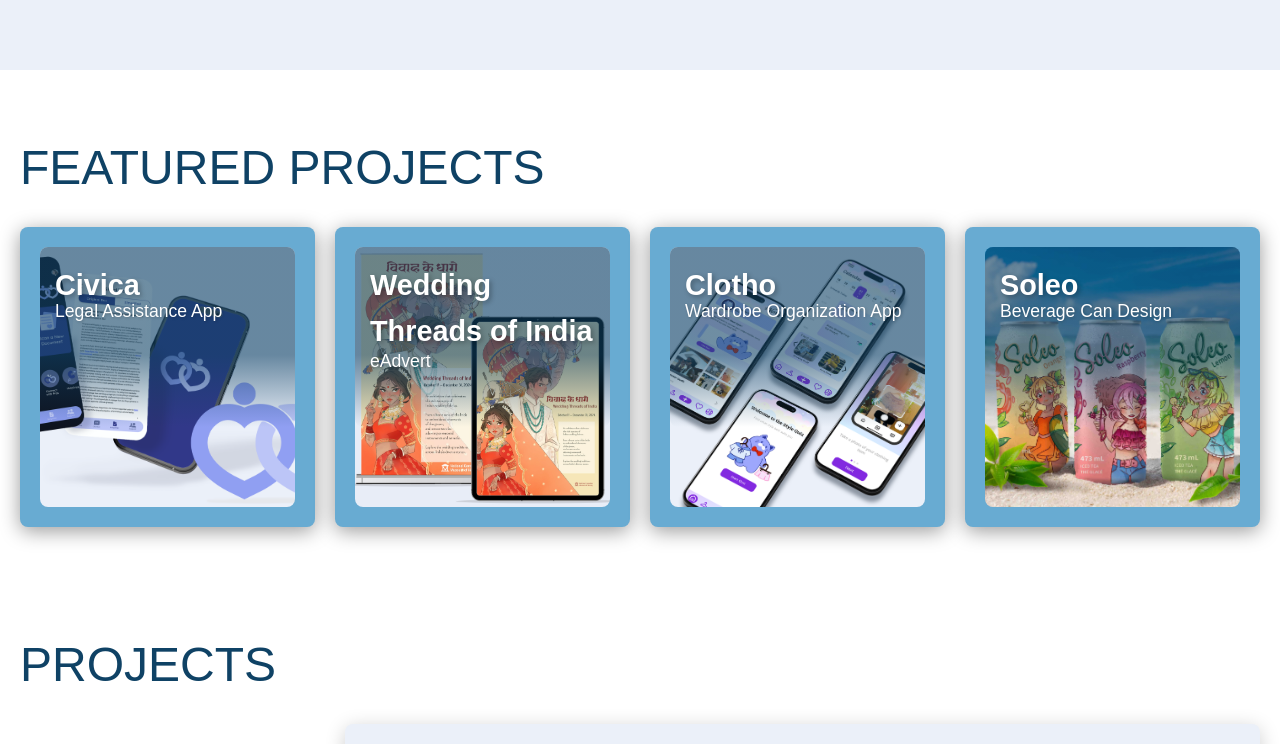
Repository: navnneett/nav-portfolio
Page: index.html
An editor plug-in stored every save of this project. The page is shown before and after the next save, followed by the edit.
The browser window is 1280 px wide. The pictures show the part of the page from y = 572 to 1316 px (the page is 4816 px tall).
Pictures or frames that could not be fetched are drawn as grey boxes. A picture or video elsewhere on the page could not be fetched, so the positions and the page height are approximate.

Above is the page before, as saved 2025-03-24 05:31:51.

After the next save:
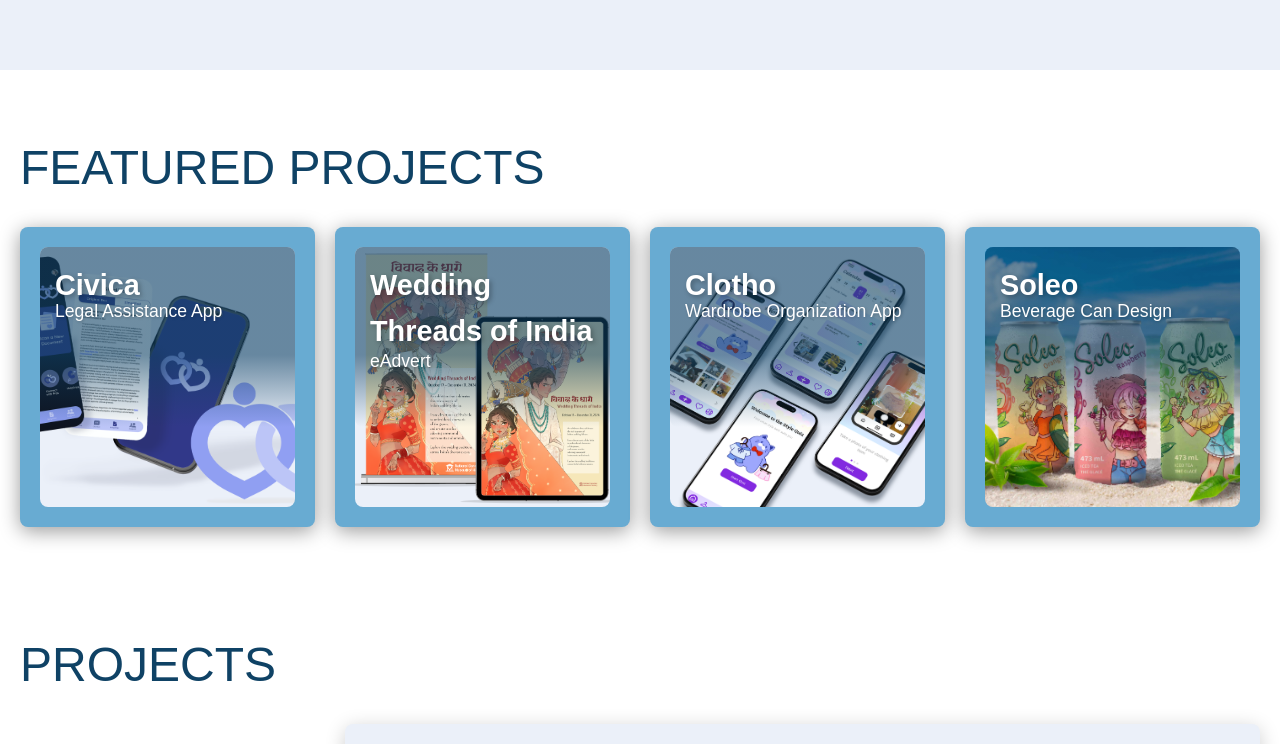
Saved 84 s later.
--- a/index.html
+++ b/index.html
@@ -54,7 +54,7 @@
                 </div>
                 <div class="project-card" onclick="window.location.href='../html/wedding-threads.html'">
                     <div class="card-content">
-                        <img src="../img/wedding-threads/wedding-threads-banner-two.jpeg" alt="Dance Party Banner" class="project-banner">
+                        <img src="../img/wedding-threads/wedding-threads-banner-two.png" alt="Dance Party Banner" class="project-banner">
                         <h3>Wedding Threads of India</h3>
                         <p class="subtitle-long">eAdvert</p>
                         <p class="featured-description">An eAdvert highlighting the vibrant Indian wedding fabrics and their cultural significance.</p>
